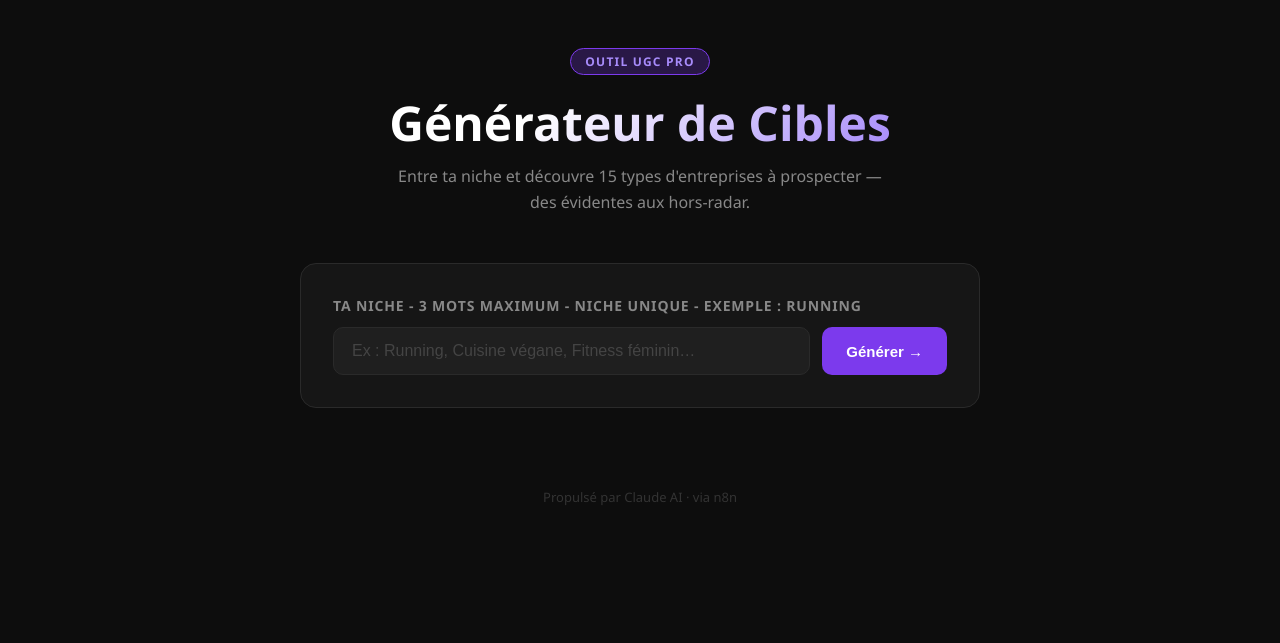
Repository: lucasDVP1234/generateur_cible
Page: index.html
An editor plug-in stored every save of this project. The page is shown before and after a run of saves, followed by the edit.
The browser window is 1280 px wide. The pictures show the whole page.

Above is the page before, as saved 2026-03-13 11:43:36.

### index.html
<!DOCTYPE html>
<html lang="fr">
<head>
  <meta charset="UTF-8" />
  <meta name="viewport" content="width=device-width, initial-scale=1.0" />
  <title>Générateur de Cibles UGC</title>
  <script src="https://cdn.jsdelivr.net/npm/marked/marked.min.js"></script>
  <style>
    * {
      margin: 0;
      padding: 0;
      box-sizing: border-box;
    }

    :root {
      --bg: #0d0d0d;
      --surface: #161616;
      --surface2: #1f1f1f;
      --border: #2a2a2a;
      --accent: #7c3aed;
      --accent-hover: #6d28d9;
      --accent-glow: rgba(124, 58, 237, 0.25);
      --text: #f0f0f0;
      --muted: #888;
      --green: #22c55e;
      --yellow: #eab308;
      --red: #ef4444;
    }

    body {
      background: var(--bg);
      color: var(--text);
      font-family: 'Segoe UI', system-ui, -apple-system, sans-serif;
      min-height: 100vh;
      display: flex;
      flex-direction: column;
      align-items: center;
      padding: 48px 20px;
    }

    header {
      text-align: center;
      margin-bottom: 48px;
    }

    .badge {
      display: inline-block;
      background: var(--accent-glow);
      border: 1px solid var(--accent);
      color: #a78bfa;
      font-size: 12px;
      font-weight: 600;
      letter-spacing: 0.1em;
      text-transform: uppercase;
      padding: 4px 14px;
      border-radius: 999px;
      margin-bottom: 20px;
    }

    h1 {
      font-size: clamp(28px, 5vw, 48px);
      font-weight: 800;
      line-height: 1.15;
      margin-bottom: 14px;
      background: linear-gradient(135deg, #fff 30%, #a78bfa);
      -webkit-background-clip: text;
      -webkit-text-fill-color: transparent;
      background-clip: text;
    }

    header p {
      color: var(--muted);
      font-size: 16px;
      max-width: 500px;
      margin: 0 auto;
      line-height: 1.6;
    }

    .card {
      background: var(--surface);
      border: 1px solid var(--border);
      border-radius: 16px;
      padding: 32px;
      width: 100%;
      max-width: 680px;
      margin-bottom: 32px;
    }

    label {
      display: block;
      font-size: 14px;
      font-weight: 600;
      color: var(--muted);
      text-transform: uppercase;
      letter-spacing: 0.06em;
      margin-bottom: 12px;
    }

    .input-row {
      display: flex;
      gap: 12px;
    }

    input[type="text"] {
      flex: 1;
      background: var(--surface2);
      border: 1px solid var(--border);
      border-radius: 10px;
      padding: 14px 18px;
      font-size: 16px;
      color: var(--text);
      outline: none;
      transition: border-color 0.2s, box-shadow 0.2s;
    }

    input[type="text"]::placeholder {
      color: #444;
    }

    input[type="text"]:focus {
      border-color: var(--accent);
      box-shadow: 0 0 0 3px var(--accent-glow);
    }

    button {
      background: var(--accent);
      color: #fff;
      border: none;
      border-radius: 10px;
      padding: 14px 24px;
      font-size: 15px;
      font-weight: 700;
      cursor: pointer;
      white-space: nowrap;
      transition: background 0.2s, transform 0.1s, box-shadow 0.2s;
    }

    button:hover:not(:disabled) {
      background: var(--accent-hover);
      box-shadow: 0 0 20px var(--accent-glow);
    }

    button:active:not(:disabled) {
      transform: scale(0.98);
    }

    button:disabled {
      opacity: 0.5;
      cursor: not-allowed;
    }

    /* Loading */
    #loading {
      display: none;
      flex-direction: column;
      align-items: center;
      gap: 16px;
      padding: 40px;
      text-align: center;
    }

    .spinner {
      width: 44px;
      height: 44px;
      border: 3px solid var(--border);
      border-top-color: var(--accent);
      border-radius: 50%;
      animation: spin 0.8s linear infinite;
    }

    @keyframes spin {
      to { transform: rotate(360deg); }
    }

    #loading p {
      color: var(--muted);
      font-size: 15px;
    }

    /* Error */
    #error {
      display: none;
      background: rgba(239, 68, 68, 0.1);
      border: 1px solid rgba(239, 68, 68, 0.3);
      border-radius: 10px;
      padding: 16px 20px;
      color: #fca5a5;
      font-size: 14px;
      margin-top: 16px;
    }

    /* Result */
    #result-container {
      display: none;
      width: 100%;
      max-width: 680px;
    }

    .result-header {
      display: flex;
      align-items: center;
      justify-content: space-between;
      margin-bottom: 20px;
      gap: 12px;
      flex-wrap: wrap;
    }

    .result-title {
      font-size: 18px;
      font-weight: 700;
    }

    .niche-tag {
      background: var(--accent-glow);
      border: 1px solid var(--accent);
      color: #c4b5fd;
      font-size: 13px;
      font-weight: 600;
      padding: 4px 12px;
      border-radius: 999px;
    }

    #result-content {
      background: var(--surface);
      border: 1px solid var(--border);
      border-radius: 16px;
      padding: 32px;
      line-height: 1.75;
    }

    /* Markdown rendered styles */
    #result-content h2 {
      font-size: 18px;
      font-weight: 800;
      margin: 28px 0 16px;
      padding-bottom: 8px;
      border-bottom: 1px solid var(--border);
    }

    #result-content h2:first-child {
      margin-top: 0;
    }

    #result-content h2:has(+ *:not(h2)) {
      color: var(--text);
    }

    #result-content strong {
      color: #e2d9ff;
      font-weight: 700;
    }

    #result-content p {
      margin-bottom: 8px;
      color: #ccc;
      font-size: 15px;
    }

    #result-content hr {
      border: none;
      border-top: 1px solid var(--border);
      margin: 24px 0;
    }

    #result-content ul, #result-content ol {
      padding-left: 20px;
      margin-bottom: 12px;
    }

    #result-content li {
      color: #ccc;
      font-size: 15px;
      margin-bottom: 4px;
    }

    /* Section color indicators */
    #result-content h2:first-of-type {
      color: var(--green);
    }

    /* Reset button */
    #reset-btn {
      background: transparent;
      border: 1px solid var(--border);
      color: var(--muted);
      font-size: 13px;
      font-weight: 600;
      padding: 8px 16px;
      border-radius: 8px;
      margin-top: 20px;
      width: 100%;
    }

    #reset-btn:hover {
      border-color: var(--accent);
      color: #a78bfa;
      box-shadow: none;
      background: transparent;
    }

    footer {
      margin-top: 48px;
      color: #333;
      font-size: 13px;
      text-align: center;
    }
  </style>
</head>
<body>

  <header>
    <div class="badge">Outil UGC Pro</div>
    <h1>Générateur de Cibles</h1>
    <p>Entre ta niche et découvre 15 types d'entreprises à prospecter — des évidentes aux hors-radar.</p>
  </header>

  <div class="card" id="form-card">
    <label for="niche-input">Ta niche - 3 mots maximum - Niche unique - Exemple : Running</label>
    <div class="input-row">
      <input
        type="text"
        id="niche-input"
        placeholder="Ex : Running, Cuisine végane, Fitness féminin…"
        autocomplete="off"
      />
      <button id="submit-btn" onclick="generate()">Générer →</button>
    </div>
    <div id="error"></div>

    <div id="loading">
      <div class="spinner"></div>
      <p>Claude analyse ta niche…<br/>Ça peut prendre 20 à 40 secondes.</p>
    </div>
  </div>

  <div id="result-container">
    <div class="result-header">
      <span class="result-title">15 cibles pour ta niche</span>
      <span class="niche-tag" id="niche-tag"></span>
    </div>
    <div id="result-content"></div>
    <button id="reset-btn" onclick="reset()">← Nouvelle recherche</button>
  </div>

  <footer>Propulsé par Claude AI · via n8n</footer>

  <script>
    // ⬇️ REMPLACE cette URL par ton webhook n8n
    const WEBHOOK_URL = "https://scale.app.n8n.cloud/webhook/generateur-cible-ugc";

    async function generate() {
      const input = document.getElementById("niche-input");
      const niche = input.value.trim();

      if (!niche) {
        showError("Merci d'entrer une niche avant de générer.");
        return;
      }

      if (WEBHOOK_URL === "VOTRE_URL_WEBHOOK_N8N_ICI") {
        showError("⚠️ Configure d'abord ton URL webhook n8n dans le fichier HTML (variable WEBHOOK_URL).");
        return;
      }

      setLoading(true);
      hideError();

      try {
        const response = await fetch(WEBHOOK_URL, {
          method: "POST",
          headers: { "Content-Type": "application/json" },
          body: JSON.stringify({ niche }),
        });

        if (!response.ok) {
          throw new Error(`Erreur serveur : ${response.status}`);
        }

        const data = await response.json();

        // Accepte { result: "..." } ou { output: "..." } ou directement une string
        const text =
          typeof data === "string"
            ? data
            : data.result || data.output || data.text || data.content || JSON.stringify(data);

        displayResult(niche, text);
      } catch (err) {
        showError("Une erreur est survenue : " + err.message);
      } finally {
        setLoading(false);
      }
    }

    function displayResult(niche, text) {
      document.getElementById("form-card").style.display = "none";
      document.getElementById("niche-tag").textContent = niche;
      document.getElementById("result-content").innerHTML = marked.parse(text);
      document.getElementById("result-container").style.display = "block";

      // Colorier les titres h2 selon leur position
      const h2s = document.querySelectorAll("#result-content h2");
      const colors = ["#22c55e", "#eab308", "#ef4444"];
      h2s.forEach((el, i) => {
        el.style.color = colors[i] || "inherit";
      });
    }

    function reset() {
      document.getElementById("form-card").style.display = "block";
      document.getElementById("result-container").style.display = "none";
      document.getElementById("niche-input").value = "";
      document.getElementById("niche-input").focus();
    }

    function setLoading(active) {
      const loading = document.getElementById("loading");
      const btn = document.getElementById("submit-btn");
      const input = document.getElementById("niche-input");
      loading.style.display = active ? "flex" : "none";
      btn.disabled = active;
      input.disabled = active;
      btn.textContent = active ? "En cours…" : "Générer →";
    }

    function showError(msg) {
      const el = document.getElementById("error");
      el.textContent = msg;
      el.style.display = "block";
    }

    function hideError() {
      document.getElementById("error").style.display = "none";
    }

    // Soumettre avec Entrée
    document.getElementById("niche-input").addEventListener("keydown", (e) => {
      if (e.key === "Enter") generate();
    });
  </script>

</body>
</html>

After the next 2 saves:
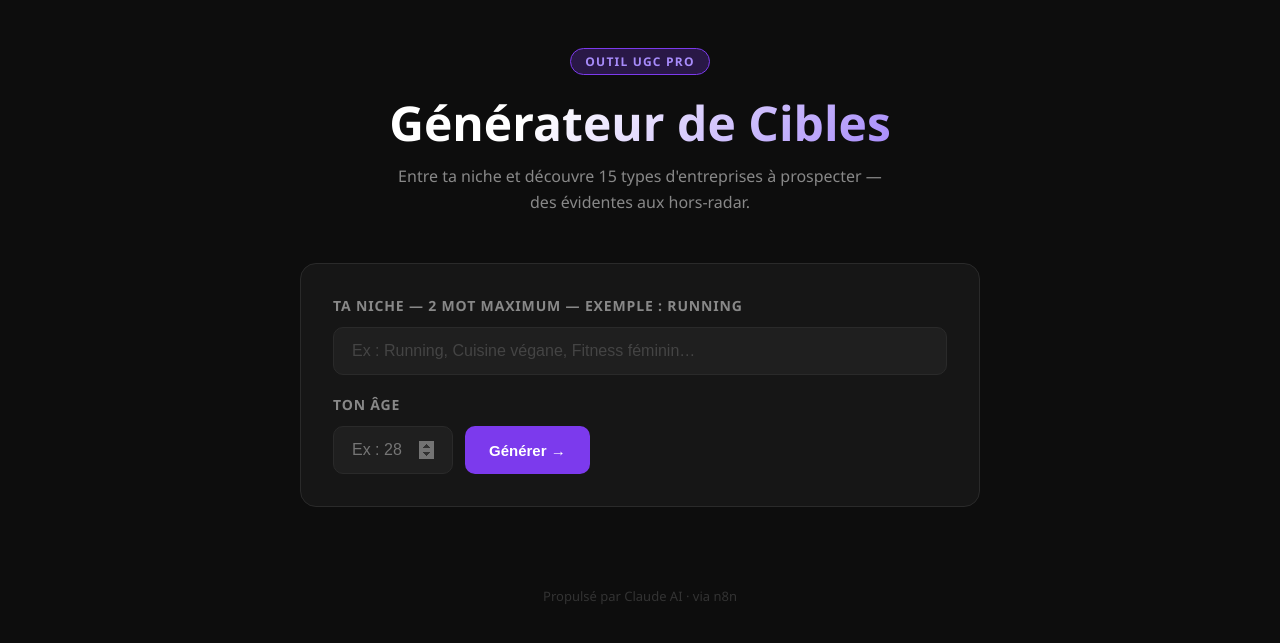
The 2 saves are shown as one change because they came seconds apart.
The last was saved 19 min 53 s later.
--- a/index.html
+++ b/index.html
@@ -96,9 +96,39 @@
       margin-bottom: 12px;
     }
 
+    .fields {
+      display: flex;
+      flex-direction: column;
+      gap: 20px;
+      margin-bottom: 0;
+    }
+
     .input-row {
       display: flex;
       gap: 12px;
+    }
+
+    input[type="number"] {
+      width: 120px;
+      background: var(--surface2);
+      border: 1px solid var(--border);
+      border-radius: 10px;
+      padding: 14px 18px;
+      font-size: 16px;
+      color: var(--text);
+      outline: none;
+      transition: border-color 0.2s, box-shadow 0.2s;
+      -moz-appearance: textfield;
+    }
+
+    input[type="number"]::-webkit-inner-spin-button,
+    input[type="number"]::-webkit-outer-spin-button {
+      opacity: 0.4;
+    }
+
+    input[type="number"]:focus {
+      border-color: var(--accent);
+      box-shadow: 0 0 0 3px var(--accent-glow);
     }
 
     input[type="text"] {
@@ -315,15 +345,32 @@
   </header>
 
   <div class="card" id="form-card">
-    <label for="niche-input">Ta niche - 3 mots maximum - Niche unique - Exemple : Running</label>
-    <div class="input-row">
-      <input
-        type="text"
-        id="niche-input"
-        placeholder="Ex : Running, Cuisine végane, Fitness féminin…"
-        autocomplete="off"
-      />
-      <button id="submit-btn" onclick="generate()">Générer →</button>
+    <div class="fields">
+      <div>
+        <label for="niche-input">Ta niche — 2 mot maximum — Exemple : Running</label>
+        <div class="input-row">
+          <input
+            type="text"
+            id="niche-input"
+            placeholder="Ex : Running, Cuisine végane, Fitness féminin…"
+            autocomplete="off"
+          />
+        </div>
+      </div>
+      <div>
+        <label for="age-input">Ton âge</label>
+        <div class="input-row">
+          <input
+            type="number"
+            id="age-input"
+            placeholder="Ex : 28"
+            min="16"
+            max="80"
+            autocomplete="off"
+          />
+          <button id="submit-btn" onclick="generate()">Générer →</button>
+        </div>
+      </div>
     </div>
     <div id="error"></div>
 
@@ -349,16 +396,15 @@
     const WEBHOOK_URL = "https://scale.app.n8n.cloud/webhook/generateur-cible-ugc";
 
     async function generate() {
-      const input = document.getElementById("niche-input");
-      const niche = input.value.trim();
+      const niche = document.getElementById("niche-input").value.trim();
+      const age = document.getElementById("age-input").value.trim();
 
       if (!niche) {
         showError("Merci d'entrer une niche avant de générer.");
         return;
       }
-
-      if (WEBHOOK_URL === "VOTRE_URL_WEBHOOK_N8N_ICI") {
-        showError("⚠️ Configure d'abord ton URL webhook n8n dans le fichier HTML (variable WEBHOOK_URL).");
+      if (!age) {
+        showError("Merci d'entrer ton âge.");
         return;
       }
 
@@ -369,7 +415,7 @@
         const response = await fetch(WEBHOOK_URL, {
           method: "POST",
           headers: { "Content-Type": "application/json" },
-          body: JSON.stringify({ niche }),
+          body: JSON.stringify({ niche, age: parseInt(age) }),
         });
 
         if (!response.ok) {
@@ -384,7 +430,7 @@
             ? data
             : data.result || data.output || data.text || data.content || JSON.stringify(data);
 
-        displayResult(niche, text);
+        displayResult(niche, age, text);
       } catch (err) {
         showError("Une erreur est survenue : " + err.message);
       } finally {
@@ -392,9 +438,9 @@
       }
     }
 
-    function displayResult(niche, text) {
+    function displayResult(niche, age, text) {
       document.getElementById("form-card").style.display = "none";
-      document.getElementById("niche-tag").textContent = niche;
+      document.getElementById("niche-tag").textContent = `${niche} · ${age} ans`;
       document.getElementById("result-content").innerHTML = marked.parse(text);
       document.getElementById("result-container").style.display = "block";
 
@@ -410,6 +456,7 @@
       document.getElementById("form-card").style.display = "block";
       document.getElementById("result-container").style.display = "none";
       document.getElementById("niche-input").value = "";
+      document.getElementById("age-input").value = "";
       document.getElementById("niche-input").focus();
     }
 
@@ -417,9 +464,11 @@
       const loading = document.getElementById("loading");
       const btn = document.getElementById("submit-btn");
       const input = document.getElementById("niche-input");
+      const ageInput = document.getElementById("age-input");
       loading.style.display = active ? "flex" : "none";
       btn.disabled = active;
       input.disabled = active;
+      ageInput.disabled = active;
       btn.textContent = active ? "En cours…" : "Générer →";
     }
 
